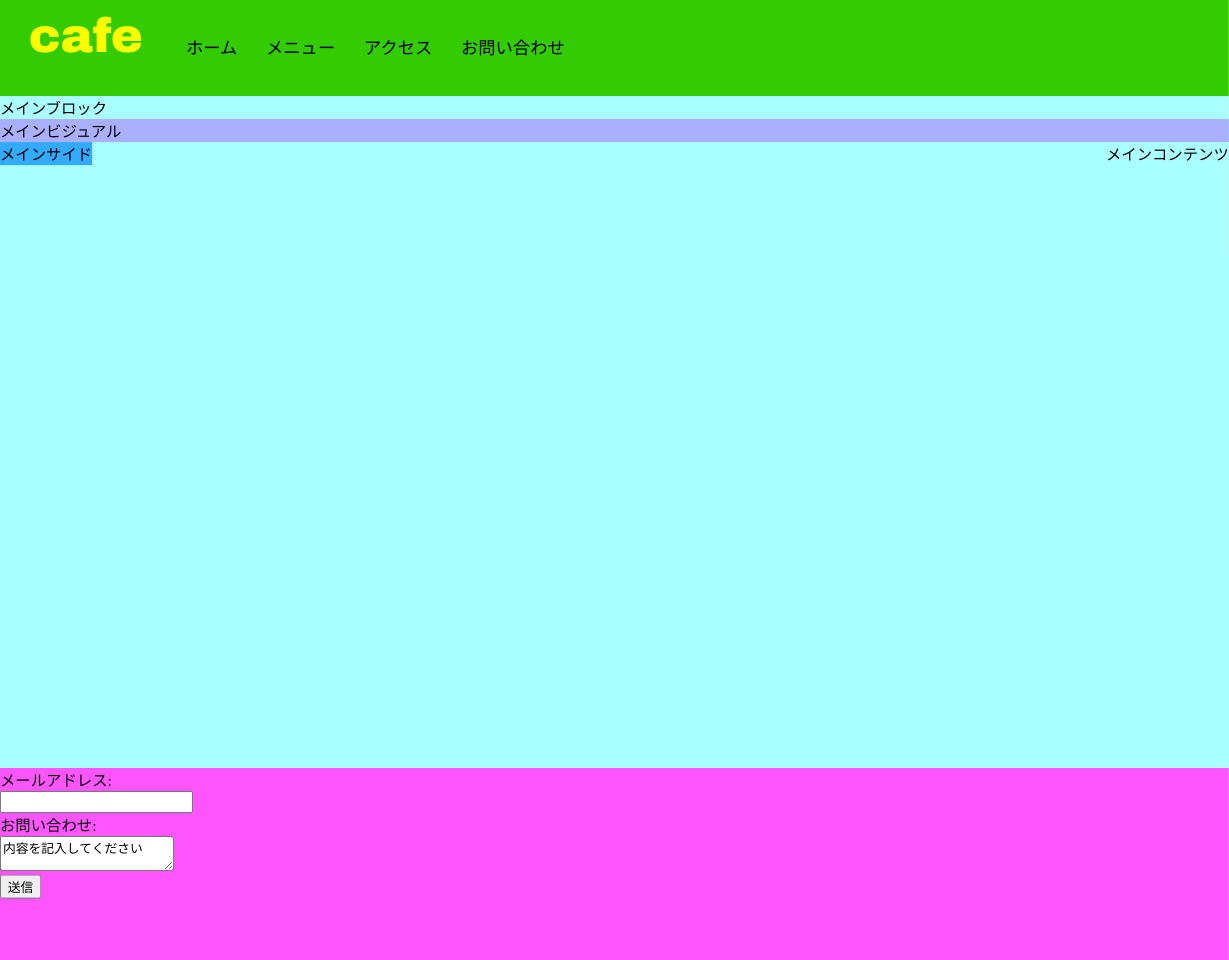
Repository: REO0315/samurai_HTML-CSS
Page: index.html
The author's editor kept a record of every edit. The page is drawn from the files as they stood at one moment, then again after the next edit.
The browser window is 1280 px wide. The pictures show the whole page, at 96% of full size.

Above is the page before.

After the next edit:
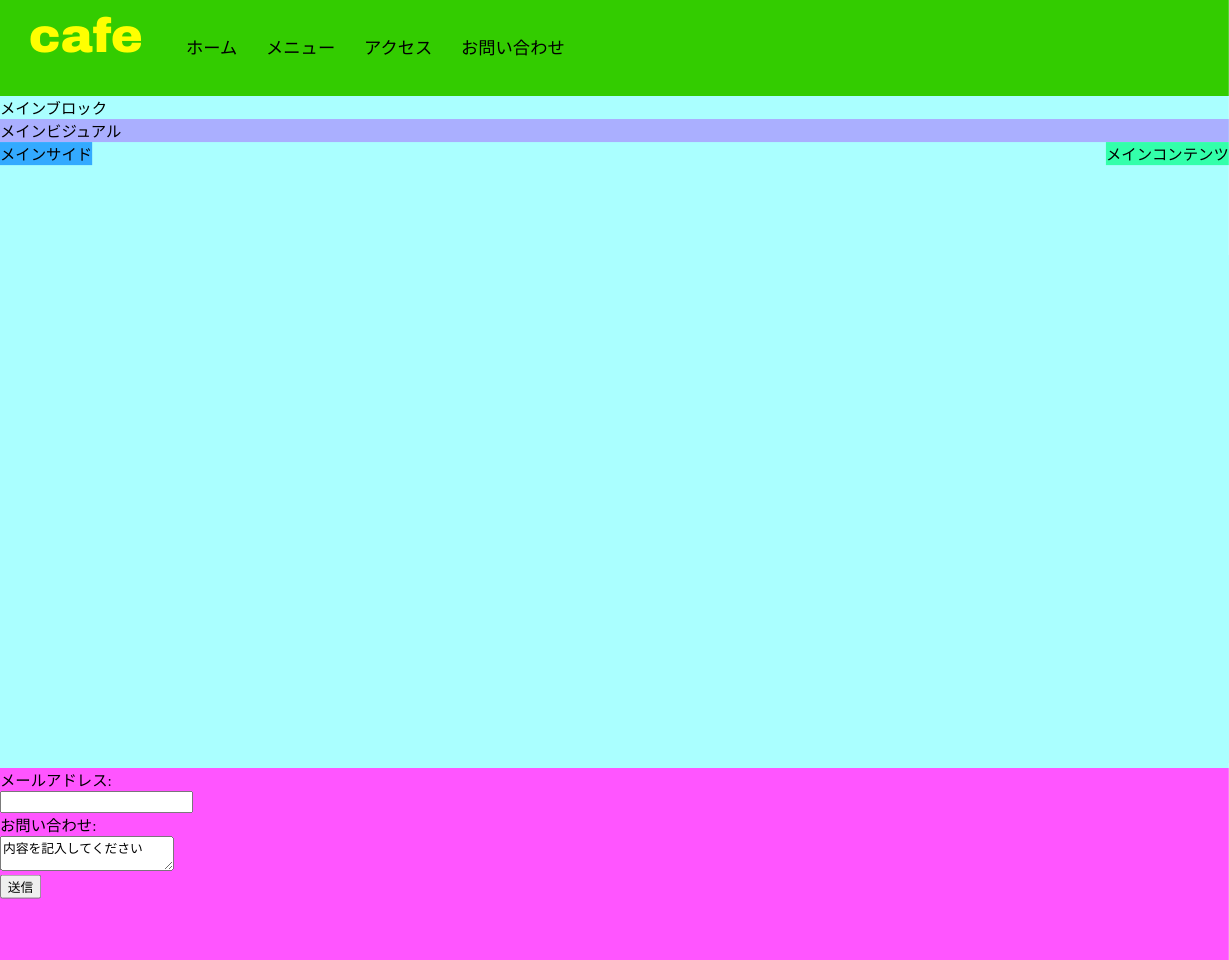
The edit:
--- a/style.css
+++ b/style.css
@@ -51,6 +51,7 @@
 
 .main_content{
     float:right;
+    background-color:#33ffaa;
 }
 footer{
     height:200px;
